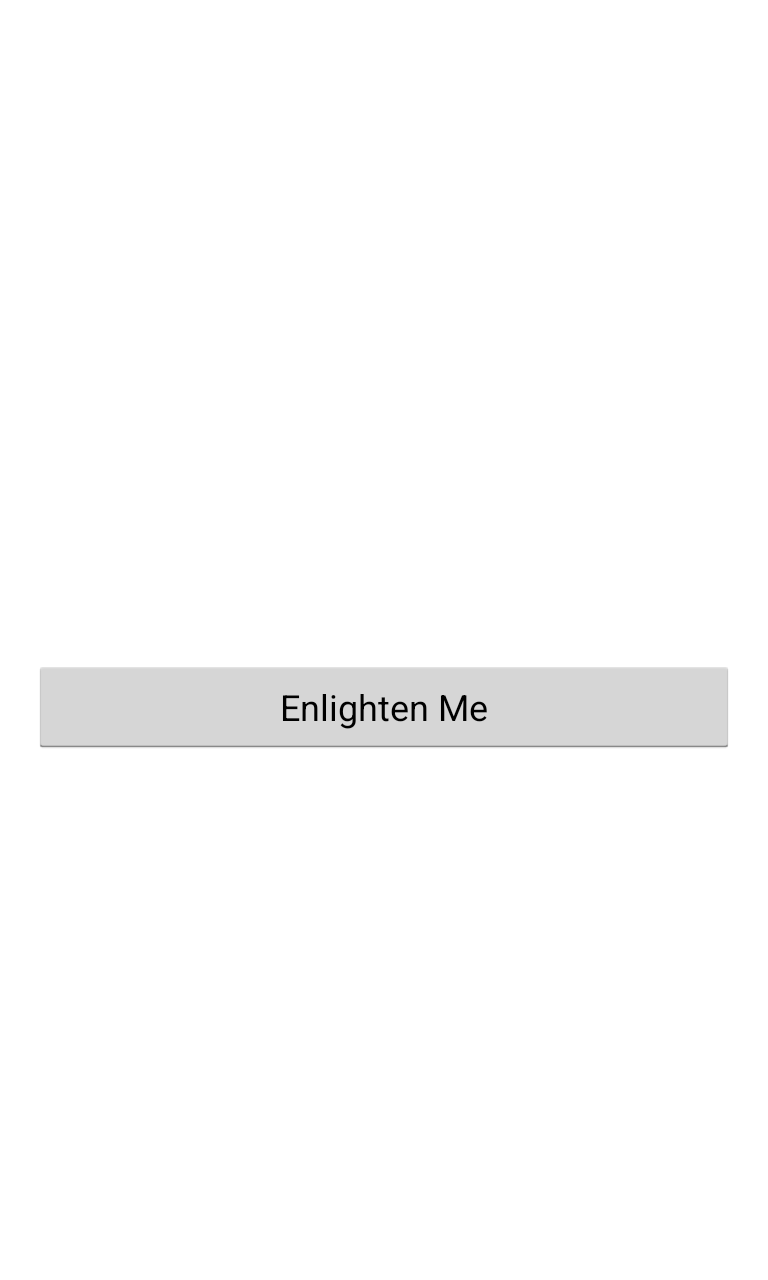
Repository: vtrung/school
Layout: Android/CrystalBall/res/layout/activity_main.xml
These files come from the project's save history. The layout is drawn as it stood at one moment and after the next save; the edit follows.
It is drawn on a 768 x 1280 px phone screen (xhdpi) without system bars, with theme AppTheme; the app's code is not run.

Above is the layout before, as saved 2014-02-21 09:06:54.

After the next save:
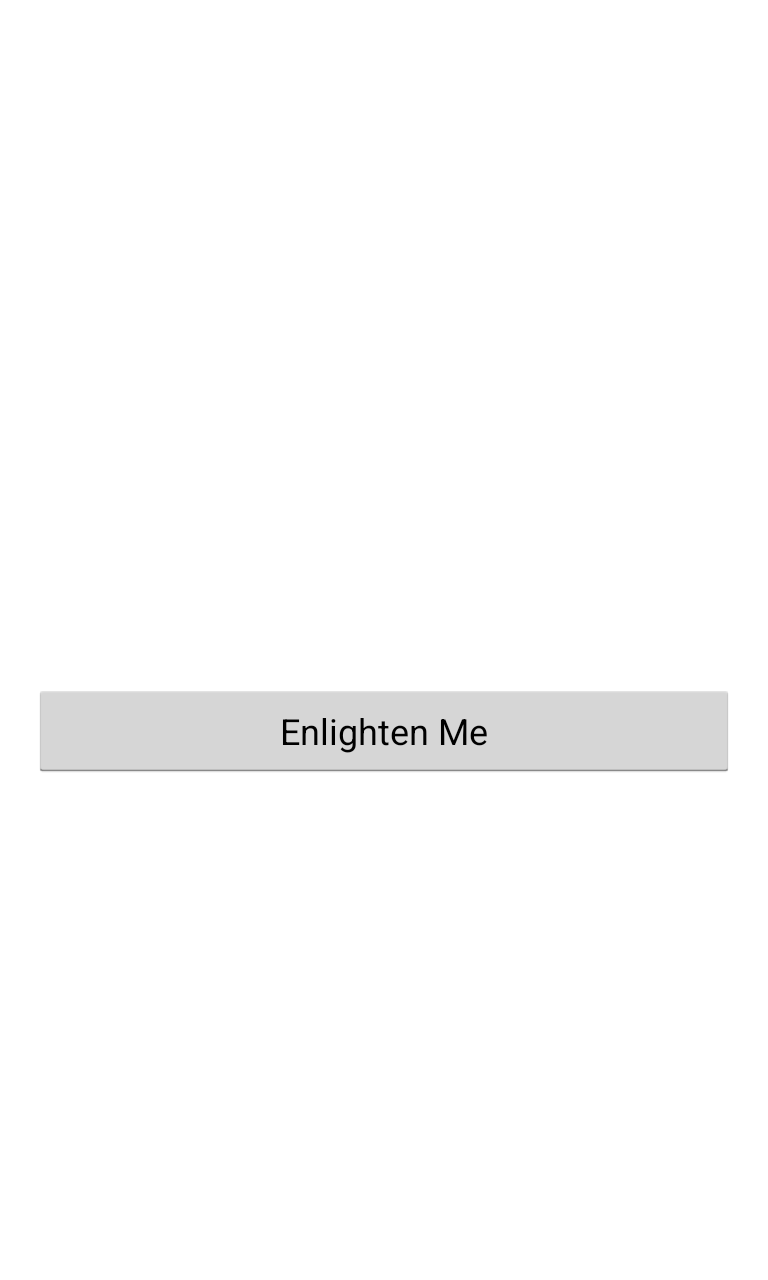
Saved 5 min 48 s later.
--- a/Android/CrystalBall/res/layout/activity_main.xml
+++ b/Android/CrystalBall/res/layout/activity_main.xml
@@ -13,7 +13,8 @@
         android:layout_width="wrap_content"
         android:layout_height="wrap_content"
         android:layout_centerHorizontal="true"
-        android:layout_centerVertical="true" />
+        android:layout_centerVertical="true"
+        android:textSize="32sp" />
 
     <Button
         android:id="@+id/button1"
